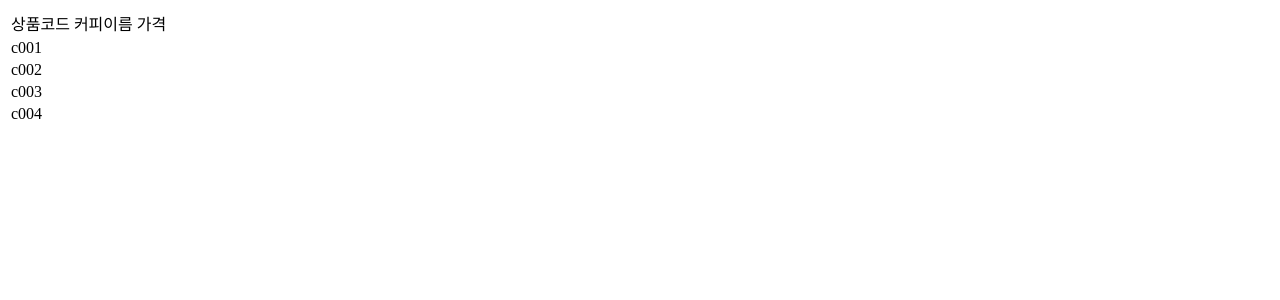
Repository: LeeJungHoon1/javaWeb
Page: http://localhost/ELprj0908_t/ex8
An editor plug-in stored every save of this project. The page is shown before and after the next save, followed by the edit.
The browser window is 1280 px wide. The pictures show the whole page.
The page is served by Tomcat 9. Other server files are loaded and not shown.

Above is the page before, as saved 2023-09-08 06:28:08.

### ELprj0908_t/src/main/webapp/WEB-INF/views2/ex8.jsp
<%@ page language="java" contentType="text/html; charset=UTF-8"
    pageEncoding="UTF-8"%>
    <%@ taglib uri="http://java.sun.com/jsp/jstl/core" prefix="c" %>
<!DOCTYPE html>
<html>
<head>
<meta charset="UTF-8">
<title>Insert title here</title>
</head>
<body>


<table>
	<tr>
		<td>상품코드</td>
		<td>커피이름</td>
		<td>가격</td>
	</tr>
	<c:forEach var="item" items="${coffee}">
	<tr>
		<td>${item.code}</td>
	</tr>
	</c:forEach>
</table>


</body>
</html>

### ELprj0908_t/src/main/java/Ex/ex8.java
package Ex;

import java.io.IOException;
import java.util.ArrayList;

import javax.servlet.ServletException;
import javax.servlet.annotation.WebServlet;
import javax.servlet.http.HttpServlet;
import javax.servlet.http.HttpServletRequest;
import javax.servlet.http.HttpServletResponse;

@WebServlet("/ex8")
public class ex8 extends HttpServlet{


	@Override
	protected void doGet(HttpServletRequest req, HttpServletResponse resp) throws ServletException, IOException {


		ArrayList<Coffee> coffee = new ArrayList<>();

		coffee.add(new Coffee("c001","아메리카노",2000));
		coffee.add(new Coffee("c002","카페라떼",2500));
		coffee.add(new Coffee("c003","카푸치노",3000));
		coffee.add(new Coffee("c004","바닐라라떼",4000));

		req.setAttribute("coffee",coffee);
		req.getRequestDispatcher("WEB-INF/views2/ex8.jsp").forward(req, resp);
	}

}

### ELprj0908_t/src/main/java/Ex/Coffee.java
package Ex;

public class Coffee {

	String code;
	String name;
	int price;
	public Coffee(String code, String name, int price) {
		super();
		this.code = code;
		this.name = name;
		this.price = price;
	}
	public Coffee() {
		super();
	}
	public String getCode() {
		return code;
	}
	public void setCode(String code) {
		this.code = code;
	}
	public String getName() {
		return name;
	}
	public void setName(String name) {
		this.name = name;
	}
	public int getPrice() {
		return price;
	}
	public void setPrice(int price) {
		this.price = price;
	}
	@Override
	public String toString() {
		return "Coffee [code=" + code + ", name=" + name + ", price=" + price + "]";
	}


}

After the next save:
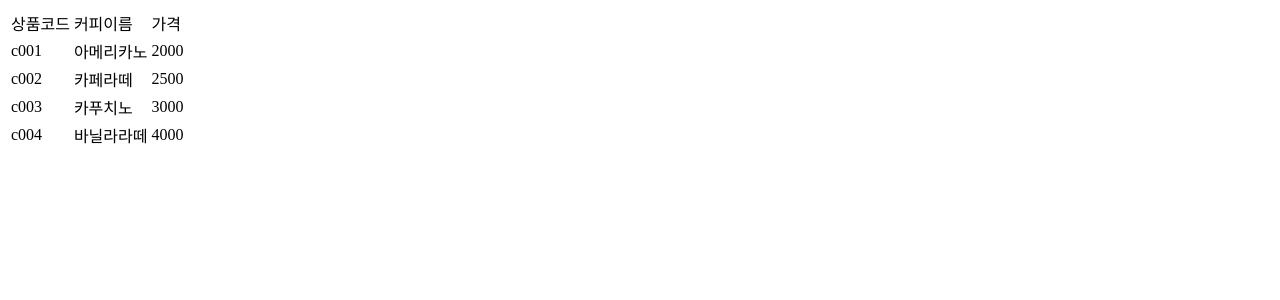
Saved 17 s later.
--- a/ELprj0908_t/src/main/webapp/WEB-INF/views2/ex8.jsp
+++ b/ELprj0908_t/src/main/webapp/WEB-INF/views2/ex8.jsp
@@ -19,6 +19,8 @@
 	<c:forEach var="item" items="${coffee}">
 	<tr>
 		<td>${item.code}</td>
+		<td>${item.name}</td>
+		<td>${item.price}</td>
 	</tr>
 	</c:forEach>
 </table>
